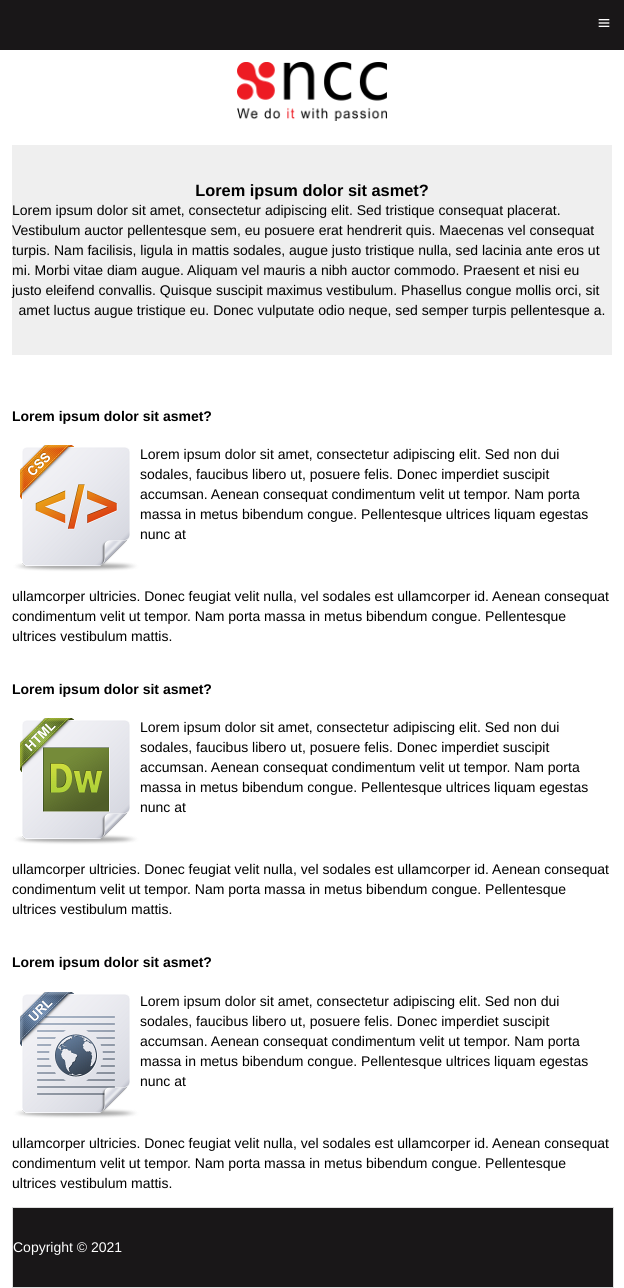
Repository: HoanTiny/ncc
Page: index.html
These files come from the project's save history. The page is drawn as it stood at one moment and after a run of saves; the edit follows.
The browser window is 600 px wide. The page is 624 px wide, then 620 px, so the pictures cover 624 px, including what lies to the right of the window. The pictures show the whole page.

Above is the page before, as saved 2023-03-30 21:28:15.

### index.html
<!DOCTYPE html>
<html lang="en">
    <head>
        <meta charset="UTF-8" />
        <meta http-equiv="X-UA-Compatible" content="IE=edge" />
        <meta name="viewport" content="width=device-width, initial-scale=1.0" />
        <title>NCC Test</title>
        <link rel="stylesheet" href="./style.css" />
        <link
            href="https://unpkg.com/boxicons@2.1.4/css/boxicons.min.css"
            rel="stylesheet"
        />
    </head>
    <body>
        <div class="container">
            <div class="sidebar">
                <div class="sidebar_icon"><i class="bx bx-menu"></i></div>
                <ul>
                    <li><a href="">Home</a></li>
                    <li><a href="">Services</a></li>
                    <li><a href="">News</a></li>
                    <li><a href="">Blog</a></li>
                    <li><a href="">Contact</a></li>
                </ul>
            </div>
            <div class="content">
                <div class="content_logo">
                    <img src="./logoNCC 1.png" alt="" />
                </div>
                <div class="content_text">
                    <h3>Lorem ipsum dolor sit asmet?</h3>
                    <p>
                        Lorem ipsum dolor sit amet, consectetur adipiscing elit.
                        Sed tristique consequat placerat. Vestibulum auctor
                        pellentesque sem, eu posuere erat hendrerit quis.
                        Maecenas vel consequat turpis. Nam facilisis, ligula in
                        mattis sodales, augue justo tristique nulla, sed lacinia
                        ante eros ut mi. Morbi vitae diam augue. Aliquam vel
                        mauris a nibh auctor commodo. Praesent et nisi eu justo
                        eleifend convallis. Quisque suscipit maximus vestibulum.
                        Phasellus congue mollis orci, sit amet luctus augue
                        tristique eu. Donec vulputate odio neque, sed semper
                        turpis pellentesque a.
                    </p>
                </div>
                <div class="content_main">
                    <div class="content_main_g1">
                        <h4>Lorem ipsum dolor sit asmet?</h4>
                        <div class="content_main_g1_textimg">
                            <img src="./css-icon 1.png" alt="" />
                            <span
                                >Lorem ipsum dolor sit amet, consectetur
                                adipiscing elit. Sed non dui sodales, faucibus
                                libero ut, posuere felis. Donec imperdiet
                                suscipit accumsan. Aenean consequat condimentum
                                velit ut tempor. Nam porta massa in metus
                                bibendum congue. Pellentesque ultrices liquam
                                egestas nunc at
                            </span>
                        </div>
                        <p>
                            ullamcorper ultricies. Donec feugiat velit nulla,
                            vel sodales est ullamcorper id. Aenean consequat
                            condimentum velit ut tempor. Nam porta massa in
                            metus bibendum congue. Pellentesque ultrices
                            vestibulum mattis.
                        </p>
                    </div>
                    <div class="content_main_g1">
                        <h4>Lorem ipsum dolor sit asmet?</h4>
                        <div class="content_main_g1_textimg">
                            <img src="./html-icon 1.png" alt="" />
                            <span
                                >Lorem ipsum dolor sit amet, consectetur
                                adipiscing elit. Sed non dui sodales, faucibus
                                libero ut, posuere felis. Donec imperdiet
                                suscipit accumsan. Aenean consequat condimentum
                                velit ut tempor. Nam porta massa in metus
                                bibendum congue. Pellentesque ultrices liquam
                                egestas nunc at
                            </span>
                        </div>
                        <p>
                            ullamcorper ultricies. Donec feugiat velit nulla,
                            vel sodales est ullamcorper id. Aenean consequat
                            condimentum velit ut tempor. Nam porta massa in
                            metus bibendum congue. Pellentesque ultrices
                            vestibulum mattis.
                        </p>
                    </div>
                    <div class="content_main_g1">
                        <h4>Lorem ipsum dolor sit asmet?</h4>
                        <div class="content_main_g1_textimg">
                            <img src="./url-icon 1.png" alt="" />
                            <span
                                >Lorem ipsum dolor sit amet, consectetur
                                adipiscing elit. Sed non dui sodales, faucibus
                                libero ut, posuere felis. Donec imperdiet
                                suscipit accumsan. Aenean consequat condimentum
                                velit ut tempor. Nam porta massa in metus
                                bibendum congue. Pellentesque ultrices liquam
                                egestas nunc at
                            </span>
                        </div>
                        <p>
                            ullamcorper ultricies. Donec feugiat velit nulla,
                            vel sodales est ullamcorper id. Aenean consequat
                            condimentum velit ut tempor. Nam porta massa in
                            metus bibendum congue. Pellentesque ultrices
                            vestibulum mattis.
                        </p>
                    </div>
                </div>
            </div>
            <div class="footer">
                <div class="footer_logo">Copyright © 2021</div>
            </div>
        </div>
    </body>
</html>

### style.css
html {
    font-family: "Helvetica Neue", Helvetica, Arial, sans-serif;
    font-size: 14px;
    line-height: 20px;
    margin: 0;
    padding: 0;
}

body {
    margin: 0;
}

.container {
    display: flex;
    width: 1918px;
    min-height: 935px;
    position: relative;
}

.sidebar {
    background-color: #191718;
    width: 150px;
    height: 935px;
}

.sidebar ul {
    list-style-type: none;
    padding: 0;
    height: 44px;
    margin: 0;
}

.sidebar ul li {
    border-bottom: 1px solid #333;
    height: 44px;
    line-height: 44px;
}

.sidebar ul li:hover {
    background-color: #5c5c5c;
}

.sidebar ul li:hover a {
    color: #fff;
}

.sidebar ul li a {
    padding: 10px;
    margin: 0;
    width: 150px;
    height: 44px;
    color: #aaaaaa;
    top: 19px;
    left: 16px;
    text-decoration: none;
}

.content {
    width: 1768px;
    margin: 0 150px;
    position: relative;
}

.content_logo {
    display: flex;
    width: 100%;
    justify-content: center;
    margin-top: 12px;
}

.content_text {
    display: flex;
    width: 100%;
    justify-content: center;
    flex-direction: column;
    align-items: center;
    background-color: #efefef;
    height: 210px;
    /* margin: 0 279px; */
    margin-top: 24px;
}

.content_text p,
.content_text h3 {
    margin: 0 279px;
}

.content_text p {
    margin-top: 12px;
    text-align-last: center;
}

.content_main {
    display: flex;
    width: 100%;
    margin-top: 32px;
}

.content_main_g1 {
    display: flex;
    width: 100%;
    flex-direction: column;
}

.content_main_g1_textimg {
    display: flex;
}

.footer {
    position: absolute;
    bottom: 0;
    width: 100%;
    height: 79px;
    left: 150px;
    line-height: 79px;
    border: 1px solid #dedede;
    margin: 0;
}

@media screen and (max-width: 1920px) {
    .container {
        width: 100%;
    }
}
@media (max-width: 765px) {
    .hiden-desktop {
        display: none;
    }

    .container {
        width: 100%;
        display: flex;
        flex-direction: column;
        padding: 0 12px;
    }

    .sidebar {
        width: 100%;
        height: 50px;
        display: flex;
        align-items: center;
        justify-content: flex-end;
        padding: 0 12px;
        position: fixed;
        top: 0;
        right: 0;
        left: 0;
        margin-bottom: 50px;
        z-index: 1;
    }

    .sidebar ul {
        display: none;
    }

    .sidebar_icon {
        color: #fff;
        font-size: 16px;
        text-align: right;
    }

    .content {
        width: 100%;
        margin: 0;
        padding: 0;
        margin-top: 50px;
    }

    .content_main {
        flex-direction: column;
    }

    .content_text p,
    .content_text h3 {
        margin: 0;
    }

    .content_logo img {
        width: 150px;
    }

    .footer {
        position: unset;
        background-color: #191718;
        color: #fff;
        /* bottom: 0;
        width: 100%;
        height: 79px;
        left: 150px;
        line-height: 79px;
        border: 1px solid #dedede;
        margin: 0; */
    }
}

After the next 2 saves:
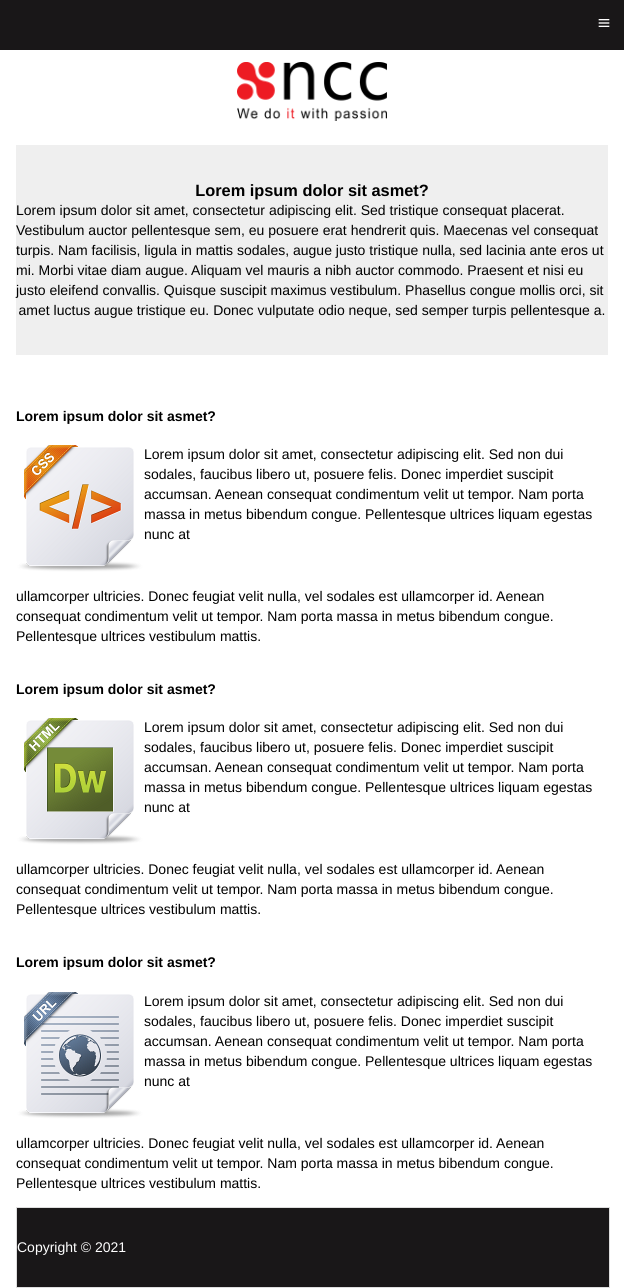
The 2 saves are shown as one change because they came seconds apart.
The last was saved 67 s later.
--- a/style.css
+++ b/style.css
@@ -127,6 +127,10 @@
         display: none;
     }
 
+    body {
+        padding: 0 4px;
+    }
+
     .container {
         width: 100%;
         display: flex;
